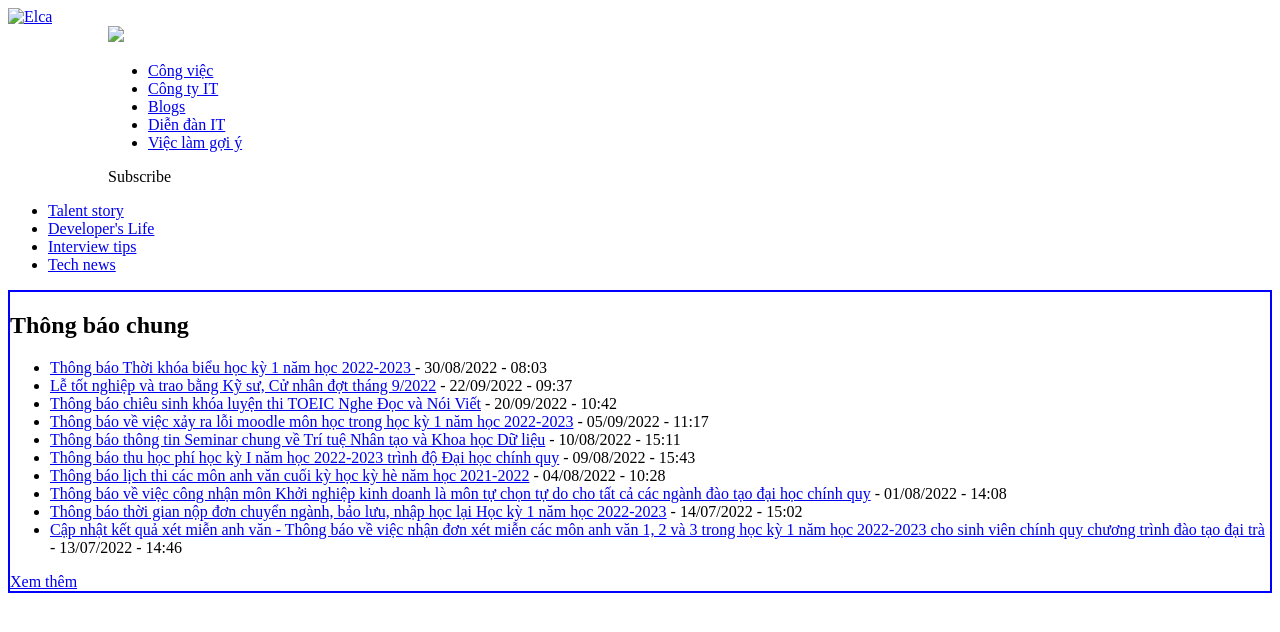
Repository: HoangDuy315/web-dev2022
Page: ex3.html
An editor plug-in stored every save of this project. The page is shown before and after the next save, followed by the edit.
The browser window is 1280 px wide. The pictures show the whole page.

Above is the page before, as saved 2022-09-22 15:46:10.
Not found: images/advertising.png
Not found: images/logo.png

After the next save:
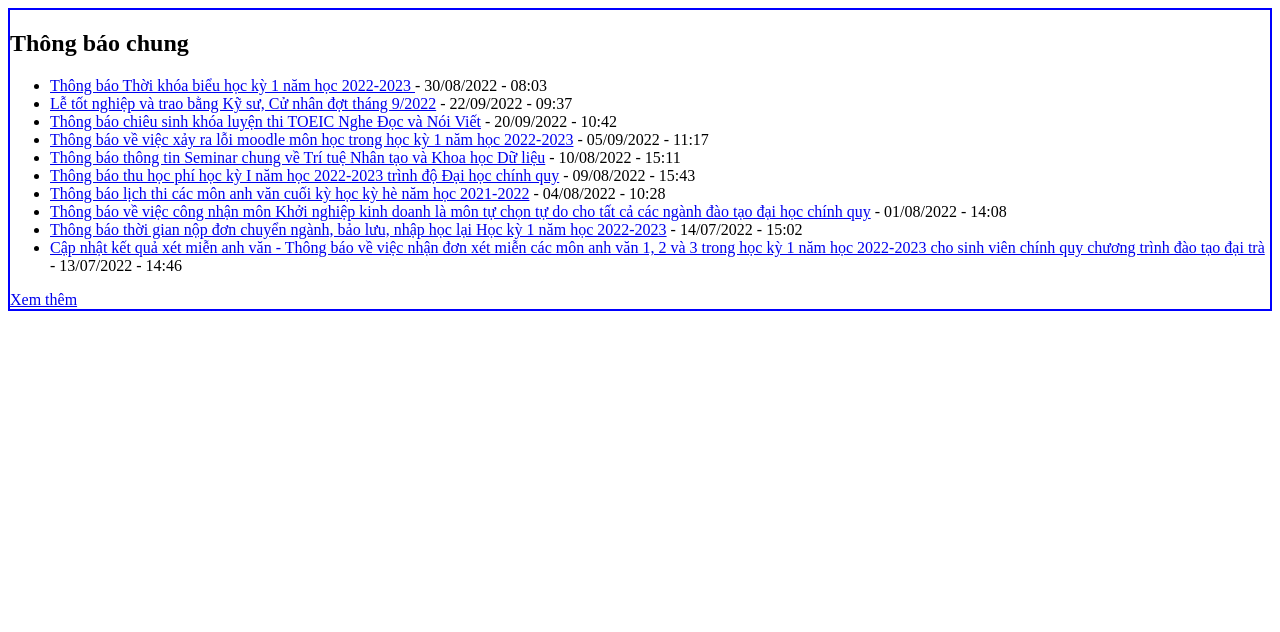
Saved 15 s later.
--- a/ex3.html
+++ b/ex3.html
@@ -6,35 +6,7 @@
 	<link rel="stylesheet" href="app.css">
 </head>
 <body>
-	<div class="col-md-12">
-		<a href="https://elca.vietnamworks.com/" target="_blank">
-			<img src="images/advertising.png" alt="Elca" title="Elca"  class="center-block">
-		</a>
-	</div>
-	<!--padding của div.col-md-12 được định dạng inline-->
-	<div class="col-md-12" style="padding: 0px 100px;">
-		<a href="#">
-			<img src="images/logo.png" id="logo" >
-		</a>
-		<div id="navbar">
-			<ul>
-				<li><a href="#">Công việc</a></li>
-				<li><a href="#">Công ty IT</a></li>
-				<li><a href="#">Blogs</a></li>
-				<li><a href="#">Diễn đàn IT</a></li>
-				<li><a href="#">Việc làm gợi ý</a></li>
-			</ul>
-		</div>
-		<span id="subscribe-button">Subscribe</span>
-	</div>
-	<div id="menu">
-		<ul>
-			<li><a href="#">Talent story</a></li>
-			<li><a href="#">Developer's Life</a></li>
-			<li><a href="#">Interview tips</a></li>
-			<li><a href="#">Tech news</a></li>
-		</ul>
-	</div>
+
 	<!--your work-->
 	<div style="border: 2px solid blue;margin-left: 0;margin-right: auto;">
 	<h2>Thông báo chung</h2>
